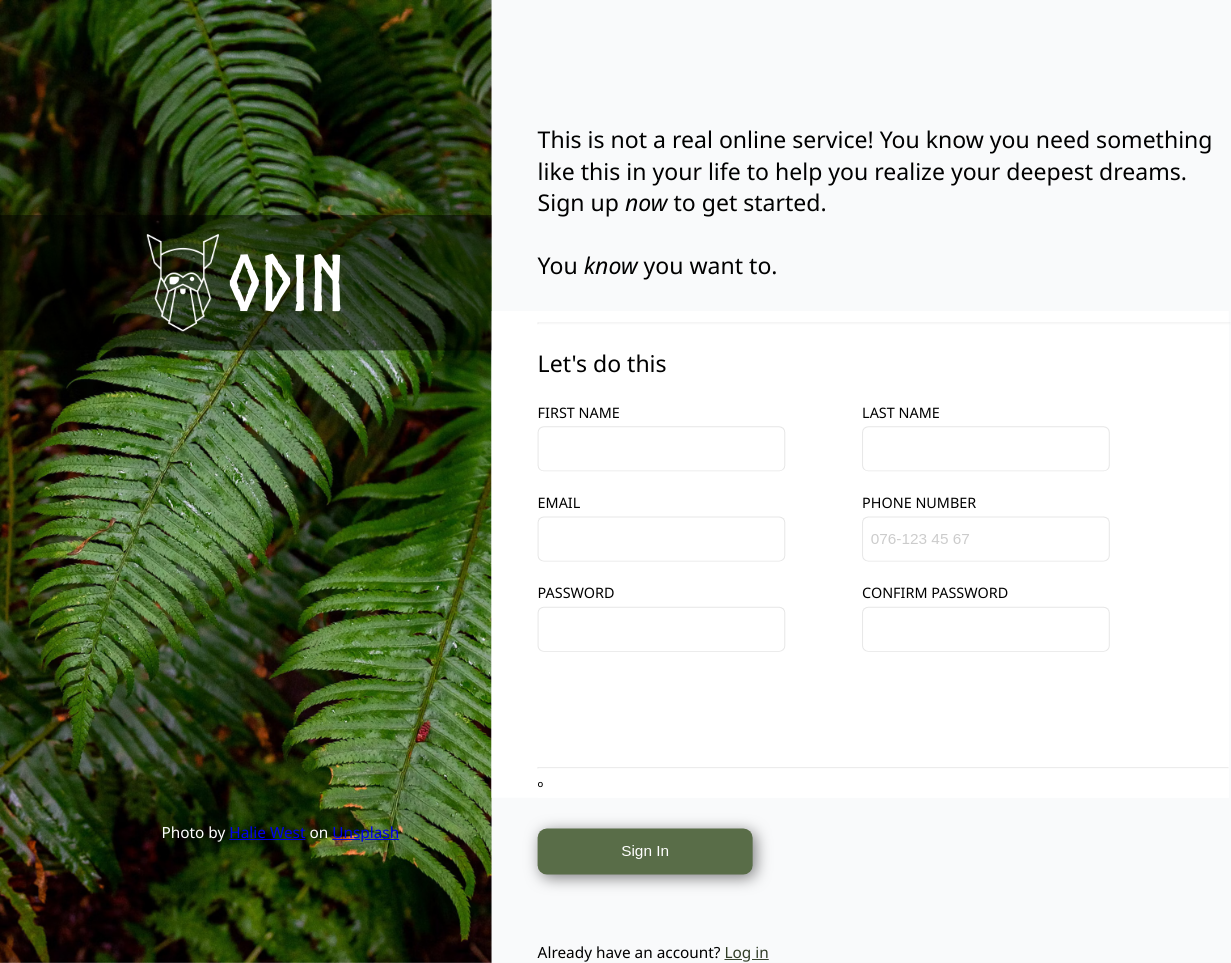
Repository: fed26sto-fundamentals/sign-up-form-odai-dh
Page: index.html
These files come from the project's save history. The page is drawn as it stood at one moment and after a run of saves; the edit follows.
The browser window is 1280 px wide. The page is 1282 px wide, so the pictures cover 1282 px, including what lies to the right of the window. The pictures show the whole page, at 96% of full size.

Above is the page before, as saved 2024-10-01 21:15:37.

After the next 5 saves:
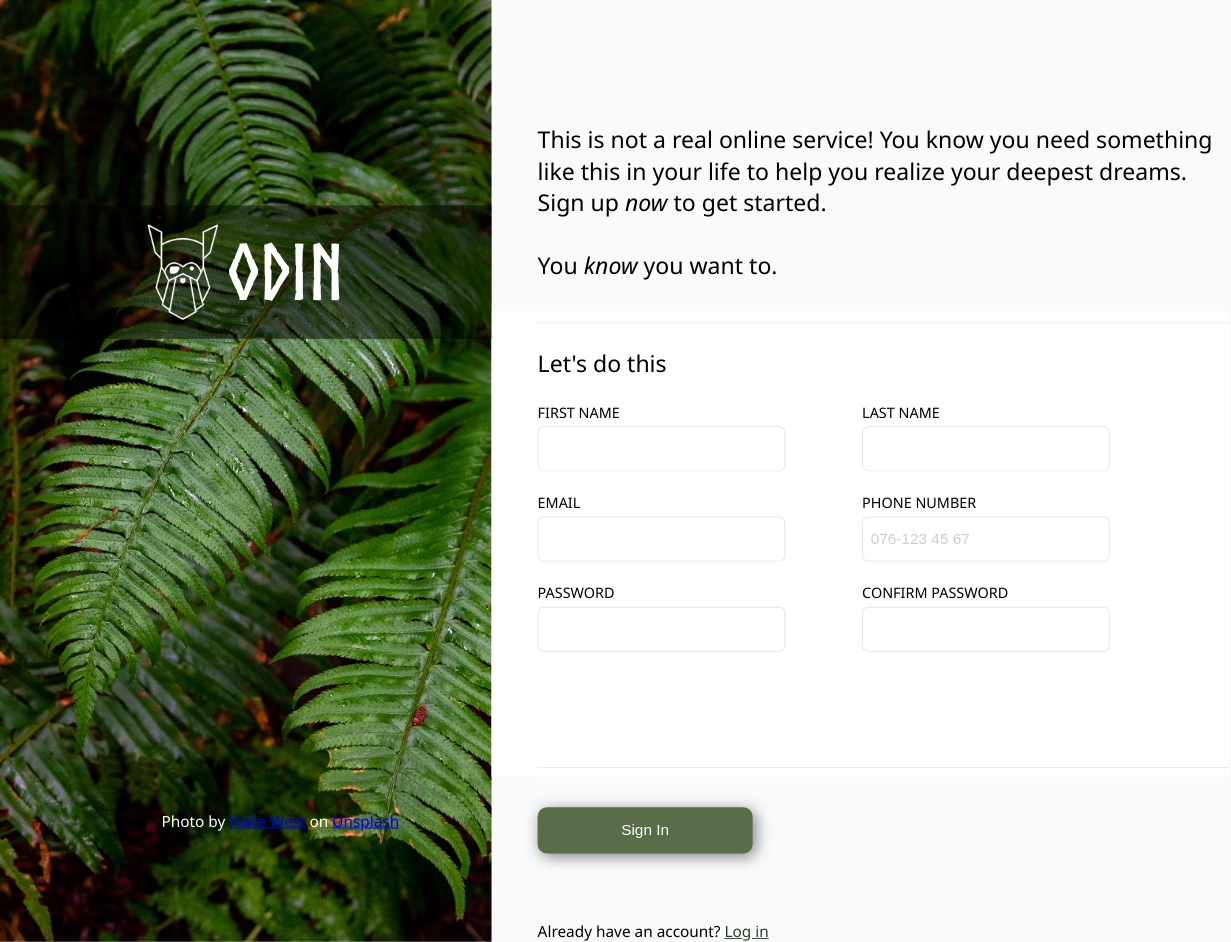
The 5 saves are shown as one change because they came seconds apart.
The last was saved 9 s later.
--- a/index.html
+++ b/index.html
@@ -72,7 +72,7 @@
                 <hr id="line">
 
                 </div>
-                º
+
         </div>
 
         <div class="submtion">
